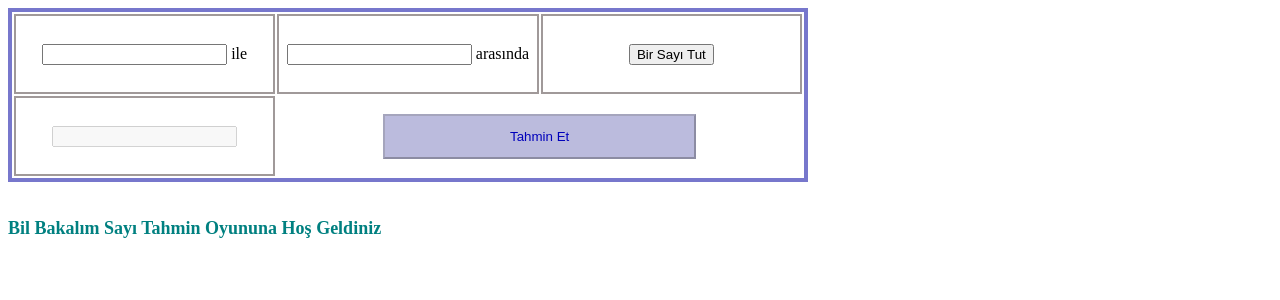
Repository: emrebolukbas/.js-Training-Tobeto
Page: 4-oyunBirSayiTut/public/oyunBirSayiTut.html
The author's editor kept a copy of each file at every save. The page is drawn from the files as they stood at one save, then again after the next save.
The browser window is 1280 px wide. The pictures show the whole page.

Above is the page before, as saved 2023-10-08 21:12:17.

After the next save:
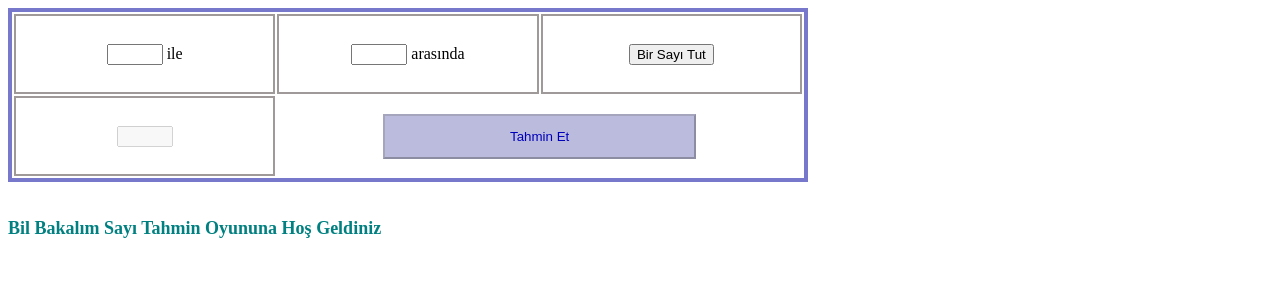
Saved 4 min 42 s later.
--- a/4-oyunBirSayiTut/public/oyunBirSayiTut.js
+++ b/4-oyunBirSayiTut/public/oyunBirSayiTut.js
@@ -4,6 +4,10 @@
 
 const acilisDizgisi = "Bil Bakalım Sayı Tahmin Oyununa Hoş Geldiniz"
 var sonucParagrafi;
+var tutulanDeger = 0;
+var tahminAltSiniri = 1;
+var tahminUstSiniri =20;
+var tahminSayisi;
 
  /** */
 
@@ -13,4 +17,12 @@ var sonucParagrafi;
 
 	 document.getElementById("input-3").disabled = true;
 	 document.getElementById("button-1").disabled = true;
+
+	 document.getElementById("input-1").setAttribute("min", tahminAltSiniri) /** Alt Sınır */
+	 document.getElementById("input-1").setAttribute("max", tahminUstSiniri)
+	 document.getElementById("input-2").setAttribute("min", tahminAltSiniri) /** Üst Sınır */
+	 document.getElementById("input-2").setAttribute("max", tahminUstSiniri)
+	 document.getElementById("input-3").setAttribute("min", tahminAltSiniri) /** Tahmin */
+	 document.getElementById("input-3").setAttribute("max", tahminUstSiniri)
+
  }
